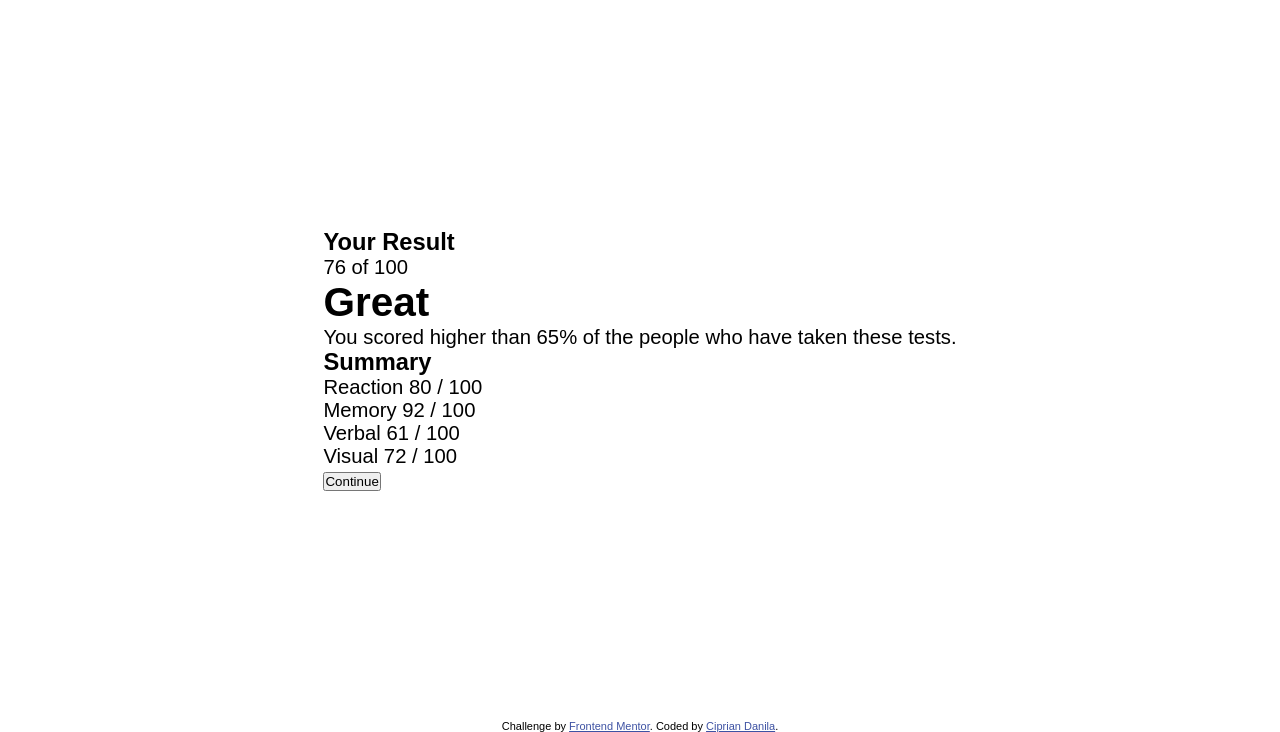
Repository: cipdanila/results-summary-component
Page: index.html
These files come from the project's save history. The page is drawn as it stood at one moment and after the next save; the edit follows.
The browser window is 1280 px wide. The pictures show the whole page.

Above is the page before, as saved 2024-02-01 20:19:35.

### index.html
<!DOCTYPE html>
<html lang="en">
    <head>
        <meta charset="UTF-8" />
        <meta name="viewport" content="width=device-width, initial-scale=1.0" />
        <!-- displays site properly based on user's device -->

        <link rel="icon" type="image/png" sizes="32x32" href="./assets/images/favicon-32x32.png" />
        <link rel="stylesheet" href="styles.css" />
        <title>Frontend Mentor | Results summary component</title>
    </head>
    <body>
        <main>
            <div class="card">
                <div class="result">
                    <h3>Your Result</h3>
                    <div class="score">76 of 100</div>
                    <h1>Great</h1>
                    <p>You scored higher than 65% of the people who have taken these tests.</p>
                </div>
                <div class="summary">
                    <h3>Summary</h3>
                    <div class="reaction">Reaction 80 / 100</div>
                    <div class="memory">Memory 92 / 100</div>
                    <div class="verbal">Verbal 61 / 100</div>
                    <div class="visual">Visual 72 / 100</div>
                    <button class="continue" type="button">Continue</button>
                </div>
            </div>
        </main>

        <footer>
            <div class="attribution">
                Challenge by
                <a
                    href="https://www.frontendmentor.io/challenges/results-summary-component-CE_K6s0maV/hub"
                    target="_blank"
                    rel="noopener noreferer"
                    >Frontend Mentor</a
                >. Coded by <a href="https://github.com/cipdanila" target="_blank" rel="noopener noreferer">Ciprian Danila</a>.
            </div>
        </footer>
    </body>
</html>

### styles.css
@import url('https://fonts.googleapis.com/css2?family=Hanken+Grotesk:wght@500;700;800&display=swap');

:root {
    /* Colors */
    /* Primary */
    --light-red: hsl(0, 100%, 67%);
    --orange-yellow: hsl(39, 100%, 56%);
    --green-teal: hsl(166, 100%, 37%);
    --cobalt-blue: hsl(234, 85%, 45%);
    /* Gradients */
    --light-slate-blue: hsl(252, 100%, 67%);    /*  (background) */
    --light-royal-blue: hsl(241, 81%, 54%);    /* (background) */

    --violet-blue: hsla(256, 72%, 46%, 1); /* (circle) */
    --persian-blue: hsla(241, 72%, 46%, 0);    /* (circle) */
    /* Neutral */
    --white: hsl(0, 0%, 100%);
    --pale-blue: hsl(221, 100%, 96%);
    --light-lavender: hsl(241, 100%, 89%);
    --dark-gray-blue: hsl(224, 30%, 27%);
}

*, *::after, *::before {
    box-sizing: border-box;
    margin: 0;
    padding: 0;
}

body, html {
    height: 100%;
    font-family: "Hanken", sans-serif;
    font-size: 1.125rem;                /* 18px */
    font-weight: 300;
    background-color: var(--white);
}

main {
    display: flex;
    justify-content: center;
    align-items: center;
    height: 100%;
}

.attribution {
    font-size: 11px;
    text-align: center;
}
.attribution a {
    color: hsl(228, 45%, 44%);
}

After the next save:
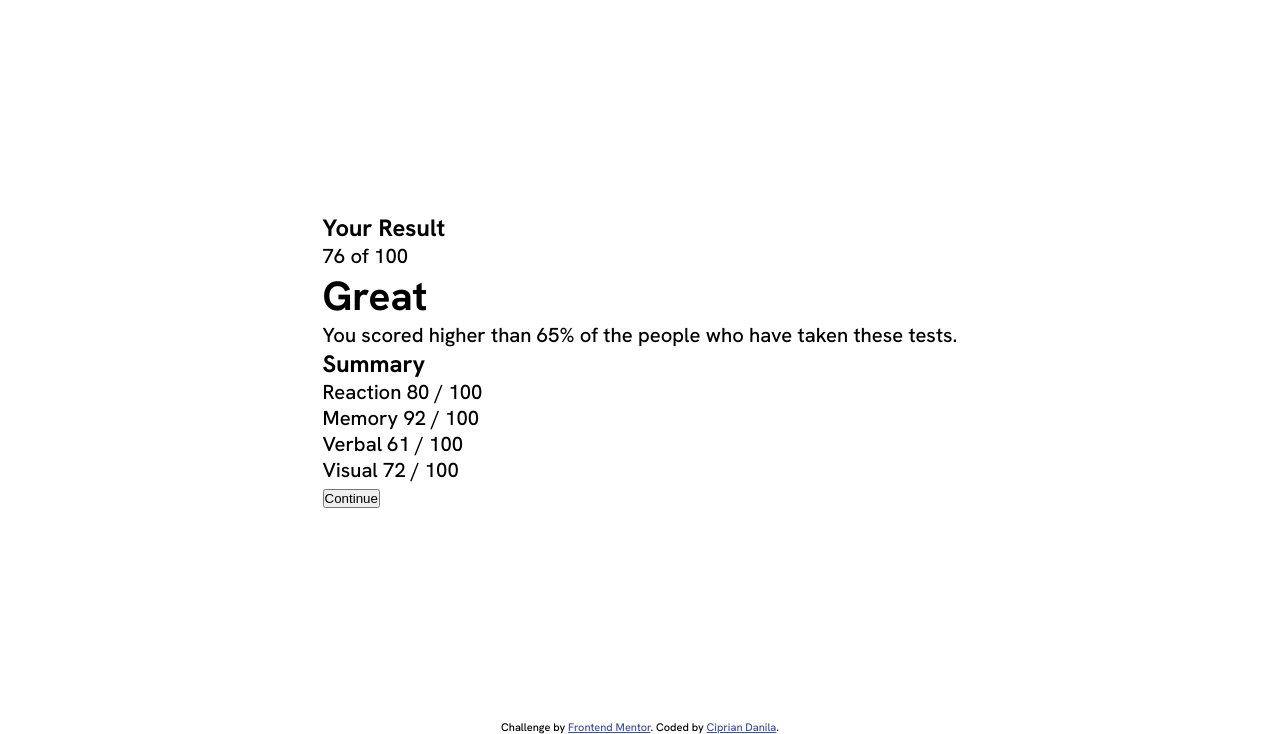
Saved 12 s later.
--- a/styles.css
+++ b/styles.css
@@ -28,7 +28,7 @@
 
 body, html {
     height: 100%;
-    font-family: "Hanken", sans-serif;
+    font-family: "Hanken Grotesk", sans-serif;
     font-size: 1.125rem;                /* 18px */
     font-weight: 300;
     background-color: var(--white);
